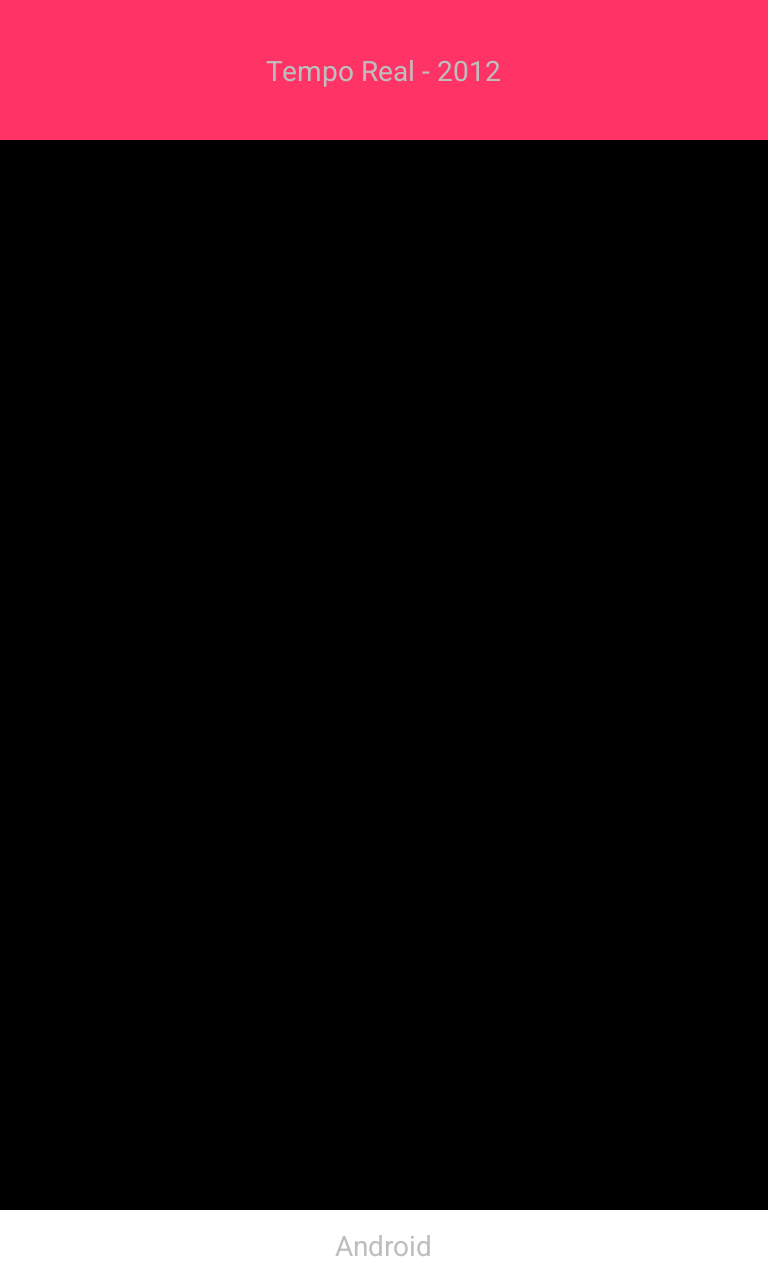
Repository: SuelenGC/Trainings
Layout: TempoRealEventos/HelloAndroid/res/layout/tela_detalhes_documento.xml
The author's editor kept a copy of each file at every save. The layout is drawn from the files as they stood at one save, then again after the next save.
It is drawn on a 768 x 1280 px phone screen (xhdpi) without system bars, with theme android:Theme; the app's code is not run.

Above is the layout before, as saved 2012-06-02 19:56:00.

### TempoRealEventos/HelloAndroid/res/layout/tela_detalhes_documento.xml
<?xml version="1.0" encoding="utf-8"?>
<LinearLayout xmlns:android="http://schemas.android.com/apk/res/android"
    android:layout_width="fill_parent"
    android:layout_height="fill_parent"
    android:orientation="vertical">

	<include layout="@layout/include_header"/>

	<!-- START layout principal da nossa tela -->
	<LinearLayout
	    android:layout_width="fill_parent"
	    android:layout_height="fill_parent"
	    android:layout_weight="1"
	    android:layout_margin="10dp"
	    android:orientation="vertical"
	    >



	</LinearLayout>
	<!-- END layout principal da nossa tela -->

	<include layout="@layout/include_footer"/>
</LinearLayout>

### TempoRealEventos/HelloAndroid/res/layout/include_header.xml
<LinearLayout xmlns:android="http://schemas.android.com/apk/res/android"
	    android:layout_width="fill_parent"
	    android:layout_height="70dp"
	    android:background="#ff3366"
	    android:gravity="center"
	    >
	    <TextView
	        android:layout_width="wrap_content"
	        android:layout_height="wrap_content"
	        android:text="Tempo Real - 2012"

	        />
</LinearLayout>

### TempoRealEventos/HelloAndroid/res/layout/include_footer.xml
<LinearLayout xmlns:android="http://schemas.android.com/apk/res/android"
	    android:layout_width="fill_parent"
	    android:layout_height="35dp"
	    android:background="#ffffff"
	    android:gravity="center"
	    >

	    <TextView
	        android:layout_width="wrap_content"
	        android:layout_height="wrap_content"
	        android:text="Android"

	        />
	 </LinearLayout>

### TempoRealEventos/HelloAndroid/res/layout/documento_item.xml
<?xml version="1.0" encoding="utf-8"?>
<LinearLayout xmlns:android="http://schemas.android.com/apk/res/android"
    android:layout_width="fill_parent"
    android:layout_height="wrap_content"
    android:orientation="vertical">

    <TextView
        android:id="@+id/tNomeDocumento"
        android:layout_width="wrap_content"
        android:layout_height="wrap_content"
        android:textSize="16sp"
        android:textStyle="bold"
        android:text="XXXXX"
        />

    <TextView
        android:id="@+id/tDescDocumento"
        android:layout_width="wrap_content"
        android:layout_height="wrap_content"
        android:text="zzzz"
        />

</LinearLayout>

After the next save:
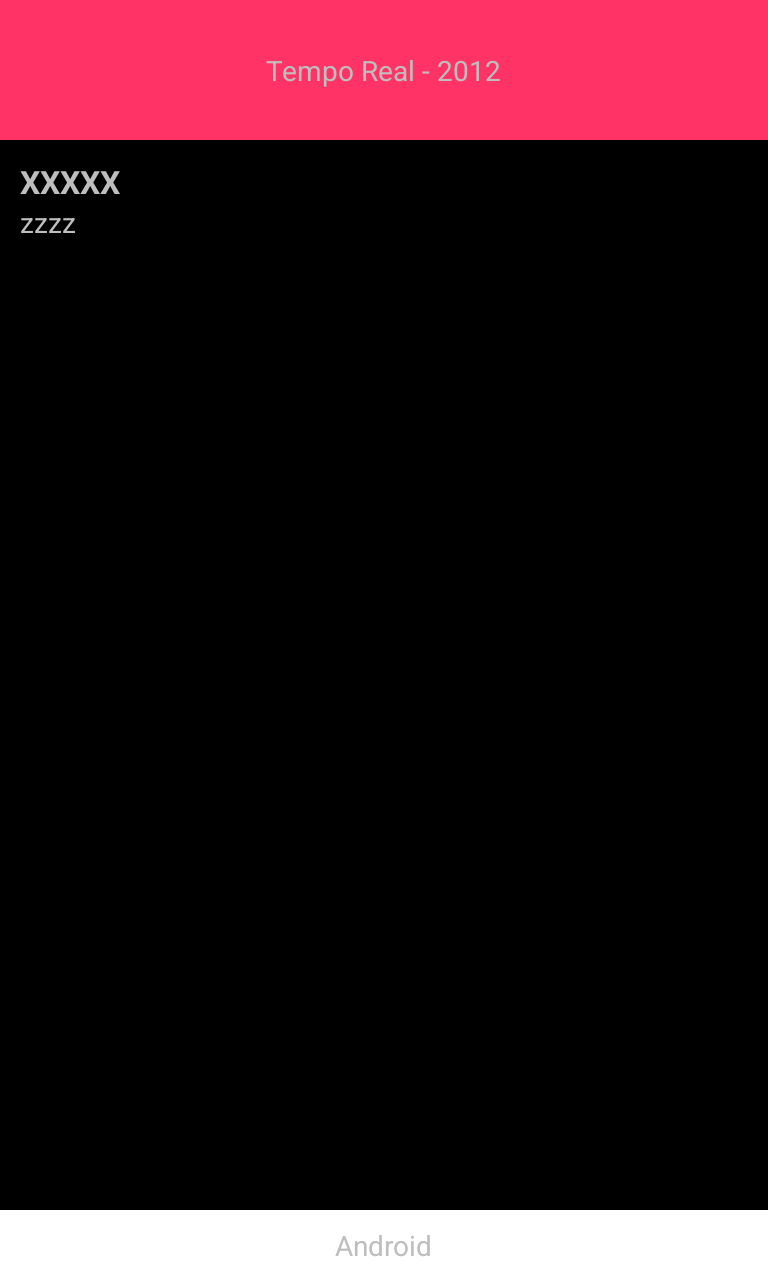
Saved 73 min 0 s later.
--- a/TempoRealEventos/HelloAndroid/res/layout/tela_detalhes_documento.xml
+++ b/TempoRealEventos/HelloAndroid/res/layout/tela_detalhes_documento.xml
@@ -15,6 +15,9 @@
 	    android:orientation="vertical"
 	    >
 
+	    <include layout="@layout/documento_item"/>
+
+
 
 
 	</LinearLayout>
